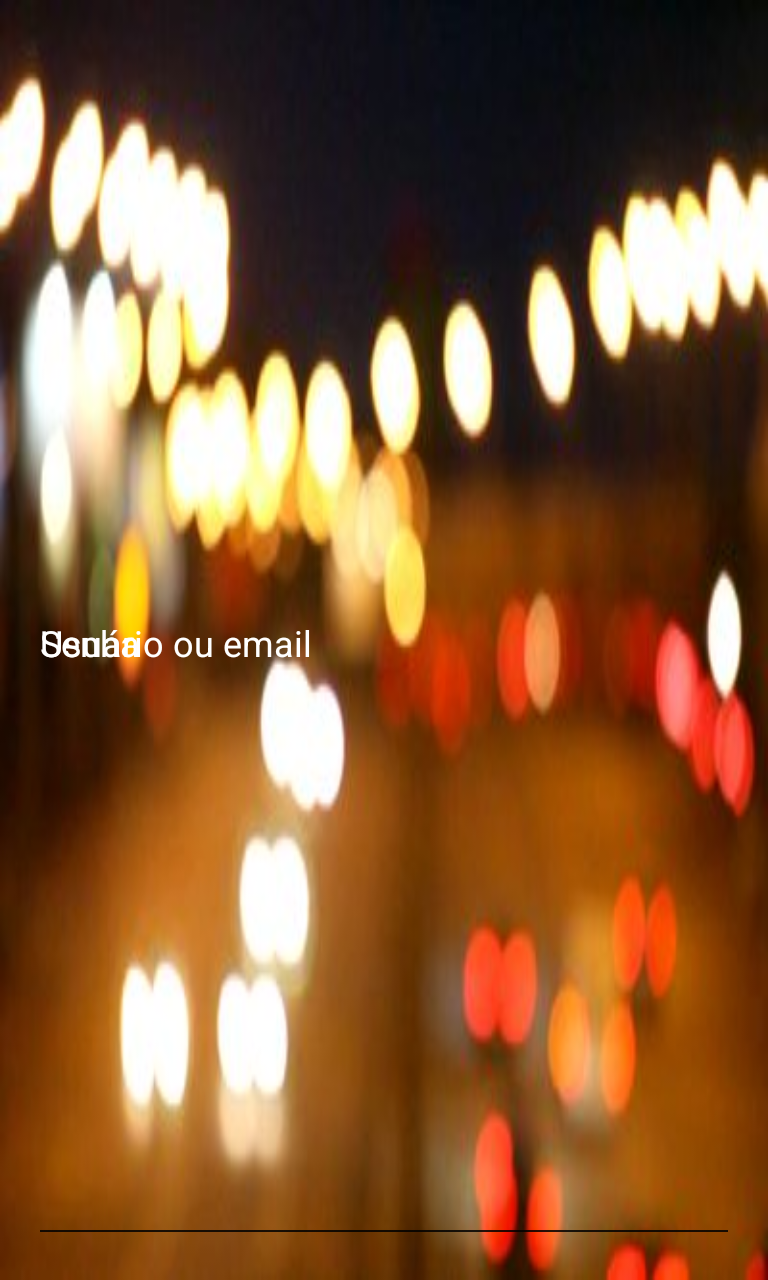
Repository: wellingtondessuy/AppLearning
Layout: HappyApp/res/layout/activity_login.xml
An editor plug-in stored every save of this project. The layout is shown before and after the next save, followed by the edit.
It is drawn on a 768 x 1280 px phone screen (xhdpi) without system bars, with theme AppTheme; the app's code is not run.

Above is the layout before, as saved 2015-05-22 19:02:32.

### HappyApp/res/layout/activity_login.xml
<RelativeLayout xmlns:android="http://schemas.android.com/apk/res/android"
    xmlns:tools="http://schemas.android.com/tools"
    android:layout_width="wrap_content"
    android:layout_height="match_parent"
    android:paddingBottom="@dimen/activity_vertical_margin"
    android:paddingLeft="@dimen/activity_horizontal_margin"
    android:paddingRight="@dimen/activity_horizontal_margin"
    android:paddingTop="@dimen/activity_vertical_margin"
    android:background="@drawable/back_wf"
    tools:context="com.example.happyapp.LoginActivity" >

    <EditText
        android:id="@+id/login_user"
        android:hint="@string/username_or_email"
        android:textColorHint="#FFFFFF"
        android:layout_centerVertical="true"
        android:layout_width="match_parent"
        android:layout_height="match_parent"
        />

    <EditText
        android:id="@+id/login_password"
        android:hint="@string/password"
        android:textColorHint="#FFFFFF"
        android:layout_centerVertical="true"
        android:inputType="textPassword"
        android:layout_width="match_parent"
        android:layout_height="match_parent"
        />

</RelativeLayout>

### HappyApp/res/values/strings.xml
<?xml version="1.0" encoding="utf-8"?>
<resources>

    <string name="app_name">HappyApp</string>
    <string name="title_section1">Section 1</string>
    <string name="title_section2">Section 2</string>
    <string name="title_section3">Section 3</string>
    <string name="hello_world">Hello world!</string>
    <string name="action_settings">Settings</string>
    <string name="signup">Quero ser sócio!</string>
    <string name="login">Já sou sócio</string>
    <string name="presentation1">Associe-se e tenha muitas vantagens na hora de torcer</string>
    <string name="presentation2">Vantagem 1</string>
    <string name="presentation3">Vantagem 2</string>
    <string name="presentation4">Vantagem 3</string>
    <string name="presentation5">Vantagem 4</string>
    <string name="logo_description">Logo do Time</string>
    <string name="title_activity_login">LoginActivity</string>
    <string name="title_activity_register">RegisterActivity</string>
    <string name="username_or_email">Usuário ou email</string>
    <string name="password">Senha</string>

</resources>

Loaded but not shown: HappyApp/res/values/styles.xml (common file); HappyApp/res/values-v11/styles.xml (common file); HappyApp/res/values-v14/styles.xml (common file); HappyApp/res/values/dimens.xml (common file); HappyApp/res/values-w820dp/dimens.xml (common file)

After the next save:
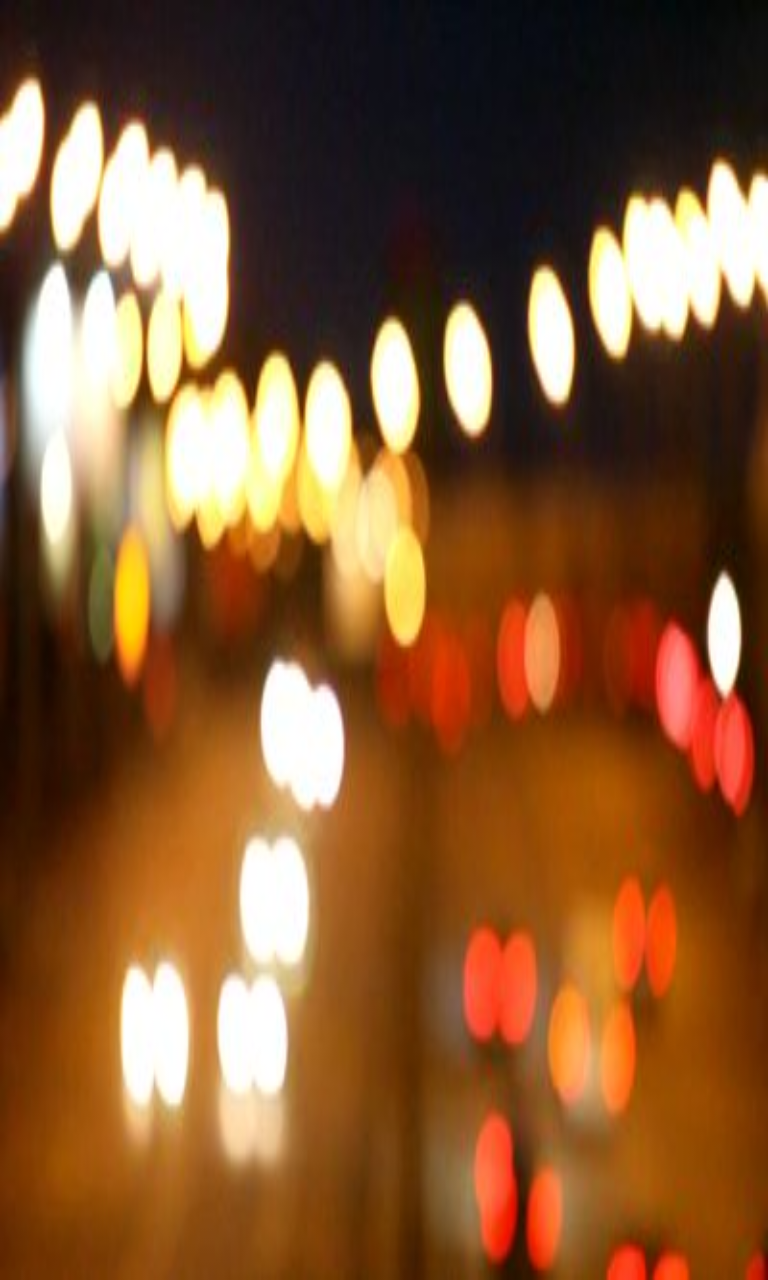
Saved 50 s later.
--- a/HappyApp/res/layout/activity_login.xml
+++ b/HappyApp/res/layout/activity_login.xml
@@ -9,23 +9,23 @@
     android:background="@drawable/back_wf"
     tools:context="com.example.happyapp.LoginActivity" >
 
-    <EditText
-        android:id="@+id/login_user"
-        android:hint="@string/username_or_email"
-        android:textColorHint="#FFFFFF"
-        android:layout_centerVertical="true"
-        android:layout_width="match_parent"
-        android:layout_height="match_parent"
-        />
+    <LinearLayout
+        android:layout_centerVertical="true">
+	    <EditText
+	        android:id="@+id/login_user"
+	        android:hint="@string/username_or_email"
+	        android:textColorHint="#FFFFFF"
+	        android:layout_width="match_parent"
+	        android:layout_height="match_parent"
+	        />
 
-    <EditText
-        android:id="@+id/login_password"
-        android:hint="@string/password"
-        android:textColorHint="#FFFFFF"
-        android:layout_centerVertical="true"
-        android:inputType="textPassword"
-        android:layout_width="match_parent"
-        android:layout_height="match_parent"
-        />
-
+	    <EditText
+	        android:id="@+id/login_password"
+	        android:hint="@string/password"
+	        android:textColorHint="#FFFFFF"
+	        android:inputType="textPassword"
+	        android:layout_width="match_parent"
+	        android:layout_height="match_parent"
+	        />
+    </LinearLayout>
 </RelativeLayout>
